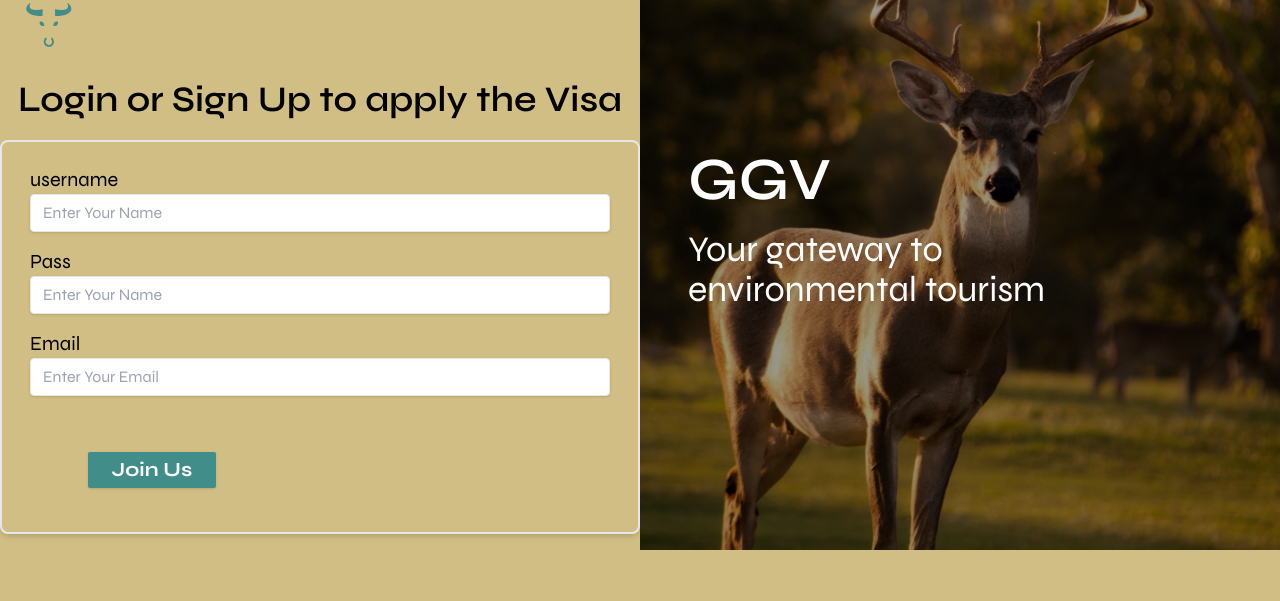
Repository: EngrAhmadUmar/landing-page
Page: /register
These files come from the project's save history. The page is drawn as it stood at one moment and after the next save; the edit follows.
The browser window is 1280 px wide. The pictures show the whole page.
The project was rebuilt for these pictures with package versions that can differ from the ones it lists, and the page was loaded fresh each time. The framework's server and built-in components were replaced by stand-ins that run in the browser. Also part of the build but not shown: next.config.js, styles/Home.module.css, src/Queries/conservationAreas.jsx, src/mutations/ApplyVisa.js, src/Queries/areaOfConservationQuery.js, src/Components/GetConservationAreas.js, src/Components/ApplyPageComponents/ApplyForm.jsx, src/Components/ApplyPageComponents/FormButton.jsx and 1 more.

Above is the page before, as saved 2022-07-12 09:38:54.

### pages/_app.js
import "../styles/globals.css";
import { ApolloClient, InMemoryCache, ApolloProvider } from "@apollo/client";

//apollo clients
const client = new ApolloClient({
  uri: "http://localhost:1337/graphql",
  cache: new InMemoryCache()
});

function MyApp({ Component, pageProps }) {
  return (
    <ApolloProvider client={client}>
      <Component {...pageProps} />
    </ApolloProvider>
  );
}

export default MyApp;

### pages/register.js
import React from "react";
import { RegisterForm } from "../src/Components/ApplyPageComponents/Index";

export default function Login() {
  return (
    <React.Fragment>
      <div className="bg-[#d1be84] h-[100vh]">
        <RegisterForm />
      </div>
    </React.Fragment>
  );
}

### pages/api/checkout_sessions.js
const stripe = require("stripe")(process.env.STRIPE_SECRET_KEY);

export default async function handler(req, res) {
  if (req.method === "POST") {
    try {
      const sgMail = require("@sendgrid/mail");
      sgMail.setApiKey(process.env.SENDGRID_API_KEY);
      const message = {
        to: "zcaptain65@gmail.com",
        from: "zcaptain2002@gmail.com",
        // subject: "Scenario 44",
        // text: "Lift and coast where possible",
        templateId: "d-f408be01db99489cbd757d4607cf23f2",
        dynamicTemplateData: {
          subject: "GGV Test Email",
        },
        // html: "<h1>Success</h1> <p>We received your purchase request;<br/> we'll be in touch shortly!</p>",
      };

      sgMail
        .send(message)
        .then((response) => console.log("Email Sent"))
        .catch((error) => console.log(error.message));
      // Create Checkout Sessions from body params.
      const session = await stripe.checkout.sessions.create({
        line_items: [
          {
            // Provide the exact Price ID (for example, pr_1234) of the product you want to sell
            price: "price_1LG6qaFQPGmzrn5tDKjmnos3",
            quantity: 1,
          },
        ],
        mode: "payment",

        success_url: `${req.headers.origin}/payments/?success=true`,
        cancel_url: `${req.headers.origin}/payments/?canceled=true`,
      });
      res.redirect(303, session.url);
    } catch (err) {
      res.status(err.statusCode || 500).json(err.message);
    }
  } else {
    res.setHeader("Allow", "POST");
    res.status(405).end("Method Not Allowed");
  }
}

### pages/api/email.js
import React from "react";

export default async function handler(req, res) {
  const sgMail = require("@sendgrid/mail");
  sgMail.setApiKey(process.env.SENDGRID_API_KEY);
  const message = {
    to: "zcaptain65@gmail.com",
    from: "zcaptain2002@gmail.com",
    // subject: "Scenario 44",
    // text: "Lift and coast where possible",
    templateId: "d-f408be01db99489cbd757d4607cf23f2",
    dynamicTemplateData: {
      subject: "GGV Test Email",
    },
  };
  sgMail
    .send(message)
    .then((response) => res.redirect(307, "/payments"))
    .catch((error) => console.log(error.message));
}

### styles/globals.css
@import url("https://fonts.googleapis.com/css2?family=Poppins:wght@400;500;600&family=Syne:wght@400;500;600;700&display=swap");

@tailwind base;
@tailwind components;
@tailwind utilities;

### src/Components/ApplyPageComponents/Index.jsx
export { default as ApplyForm } from "./ApplyForm";
export { default as LoginForm } from "./LoginForm";
export { default as RegisterForm } from "./RegisterForm";

### src/Components/ApplyPageComponents/RegisterForm.jsx
import { gql, useMutation } from "@apollo/client";
import Head from "next/head";
import Image from "next/image";
import Link from "next/link";
import { useState, useRef } from "react";
import styles from "../../../styles/Home.module.css";
import { SIGNUP_MUTATION } from "../../mutations/auth";
import { AUTH_TOKEN } from "../constant";
import Logo from "../UI/Logo";

const JoinUs = () => {
  const [username, setUsername] = useState("");
  const onChangeUsername = (e) => {
    setUsername(e.target.value);
  };
  const [email, setEmail] = useState("");
  const onChangeEmail = (e) => {
    setEmail(e.target.value);
  };
  const [password, setPassword] = useState("");
  const onChangePassword = (e) => {
    setPassword(e.target.value);
  };

  const [signup, { data, loading, error }] = useMutation(SIGNUP_MUTATION, {
    variables: {
      username: username,
      email: email,
      password: password
    }
  });

  if (data) {
    localStorage.setItem(AUTH_TOKEN, data.register.jwt);
    console.log(data);
    console.log(data.register.user?.id);
    console.log(data.register.user?.email);
  }

  const onSubmit = (e) => {
    e.preventDefault();
    if (username === "" || email === "" || password === "") {
      return alert("please fill in all fields");
    }
    signup(username, password, email);

    setEmail("");
    setPassword("");
    setUsername("");
  };

  return (
    <div className=" font-syne " id="joinUs">
      <Head>
        <title>Welcome to GGV</title>
        <meta name="description" content="Join Our Family" />
      </Head>
      <div className="font-syne bg-[#d1be84] bg-cover grid grid-col-1 md:grid-cols-2 2xl:h-[100vh]">
        <div className="">
          <Logo className="mt-[5rem]" />
          <h3
            className={`${
              styles.headings
            }  ${"text-center text-3xl md:text-4xl mb-5 font-semibold"}`}
          >
            Login or Sign Up to apply the Visa
          </h3>
          <form
            onSubmit={onSubmit}
            className="pt-6 pb-8 mb-4 border-2 rounded-lg shadow-md px-7 border-gray "
          >
            <div className="mb-4">
              <label className="text-lg md:text-xl">username</label>
              <input
                type="text"
                name="username"
                value={username}
                onChange={(e) => onChangeUsername(e)}
                placeholder="Enter Your Name"
                className="w-full px-3 py-2 leading-tight text-gray-700 border rounded shadow appearance-none focus:outline-none focus:shadow-outline"
              />
            </div>
            <div className="mb-4">
              <label className="text-lg md:text-xl">Pass</label>
              <input
                type="text"
                name="password"
                value={password}
                onChange={onChangePassword}
                placeholder="Enter Your Name"
                className="w-full px-3 py-2 leading-tight text-gray-700 border rounded shadow appearance-none focus:outline-none focus:shadow-outline"
              />
            </div>
            <div className="mb-6">
              <label className="text-lg md:text-xl">Email</label>
              <input
                type="email"
                className="w-full px-3 py-2 leading-tight text-gray-700 border rounded shadow appearance-none focus:outline-none focus:shadow-outline"
                name="email"
                onChange={onChangeEmail}
                placeholder="Enter Your Email"
                value={email}
              />
            </div>

            <div className="mt-5 ml-[8vh]">
              <button className="shadow bg-green focus:shadow-outline focus:outline-none text-white font-bold px-6 md:text-xl bg-[#418d89] rounded-sm mt-8 mb-3 py-1">
                {loading ? "Sending" : "Join Us"}
              </button>
            </div>
          </form>
        </div>

        <div className="md:flex hidden text-white bg-[url('/apply_for_visa_bg.png')]  bg-cover bg-no-repeat sm:bg-center md:bg-bottom lg:bg-bottom xl:bg-bottom 2xl:center">
          <div className="mt-[50px] md:mt-[150px] mx-4 md:mx-12">
            <h3 className="  text-4xl md:text-5xl lg:text-6xl font-semibold">
              GGV
            </h3>
            <p className="max-w-md md:max-w-xl text-2xl md:text-4xl mt-5">
              Your gateway to <br></br>environmental tourism
            </p>
          </div>
          <div></div>
        </div>
      </div>
    </div>
  );
};

export default JoinUs;

### src/mutations/auth.jsx
import { gql } from "@apollo/client";

const SIGNUP_MUTATION = gql`
  mutation  register($username: String!, $password: String!, $email:String!) {
    register(input: {username:$username, email: $email password:$password}) {
        jwt
        user {
            id
            email
            username
        }
    }
}

`;

const LOGIN_MUTATION = gql`
  mutation  login($username: String!, $password: String!) {
    login(input: {identifier:$username, password:$password}) {
        jwt
        user {
            id
            email
        }
    }
}

`;


export { SIGNUP_MUTATION, LOGIN_MUTATION };

### src/Components/UI/Logo.jsx
import Image from "next/image";

const Logo = () => {
  return (
    <div className="w-[50px] h-20 ml-6">
      <Image
        src="/logo.svg"
        layout="responsive"
        width={5}
        height={5}
        opacity={100}
      />
    </div>
  );
};

export default Logo;

### tailwind.config.js
/** @type {import('tailwindcss').Config} */
module.exports = {
  content: [
    "./pages/**/*.{js,ts,jsx,tsx}",
    "./components/**/*.{js,ts,jsx,tsx}",
    "./src/Components/**/*.{js,ts,jsx,tsx}"
  ],
  theme: {
    extend: {
      colors: {
        black: "#000107",
        green: "#418D89"
      },
      fontFamily: {
        syne: ["Syne"]
      }
    }
  },
  plugins: []
};

Loaded but not shown: src/Components/constant.jsx (common file)

After the next save:
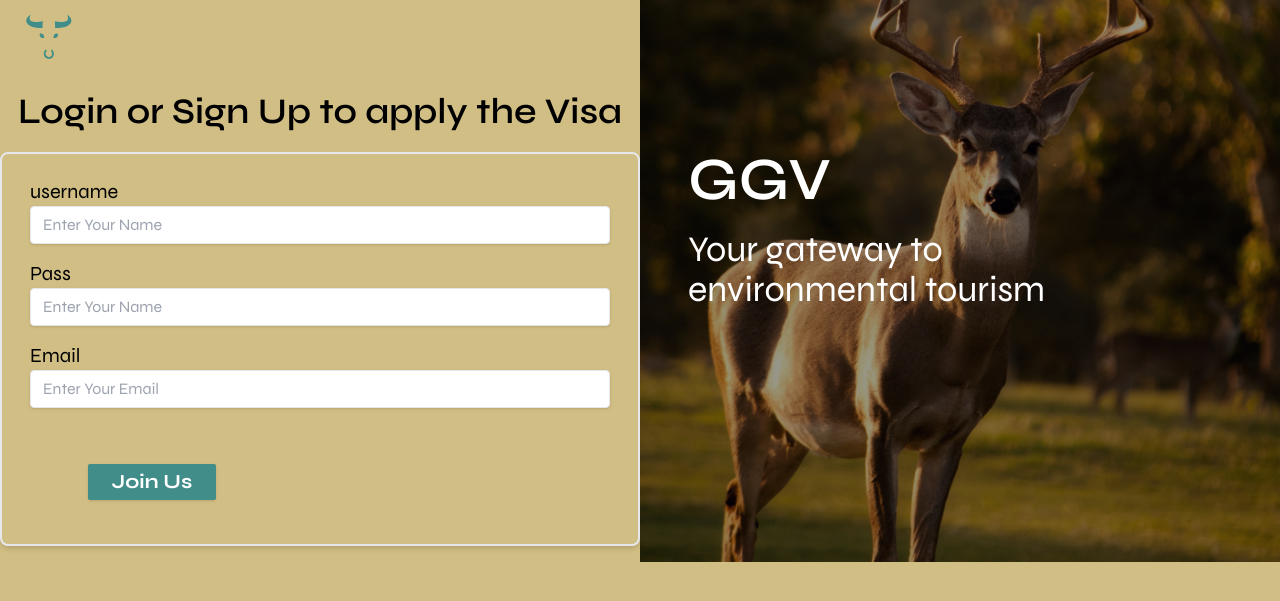
Saved 118 s later.
--- a/src/Components/ApplyPageComponents/RegisterForm.jsx
+++ b/src/Components/ApplyPageComponents/RegisterForm.jsx
@@ -57,7 +57,9 @@ const JoinUs = () => {
       </Head>
       <div className="font-syne bg-[#d1be84] bg-cover grid grid-col-1 md:grid-cols-2 2xl:h-[100vh]">
         <div className="">
-          <Logo className="mt-[5rem]" />
+          <div className="mt-3">
+            <Logo />
+          </div>
           <h3
             className={`${
               styles.headings
